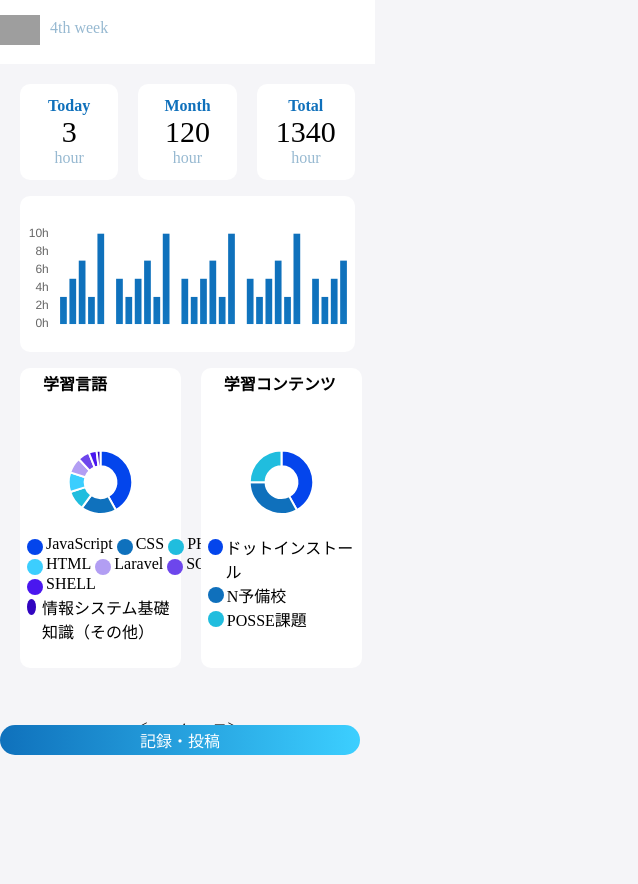
Repository: posse-ap/gen2.0-kamibayasitaito
Page: app/app.html
An editor plug-in stored every save of this project. The page is shown before and after the next save, followed by the edit.
The browser window is 375 px wide. The page is 638 px wide, so the pictures cover 638 px, including what lies to the right of the window. The pictures show the whole page.
Pictures or frames that could not be fetched are drawn as grey boxes. Some web libraries are served in a nearby version.

Above is the page before, as saved 2021-11-26 18:54:02.

After the next save:
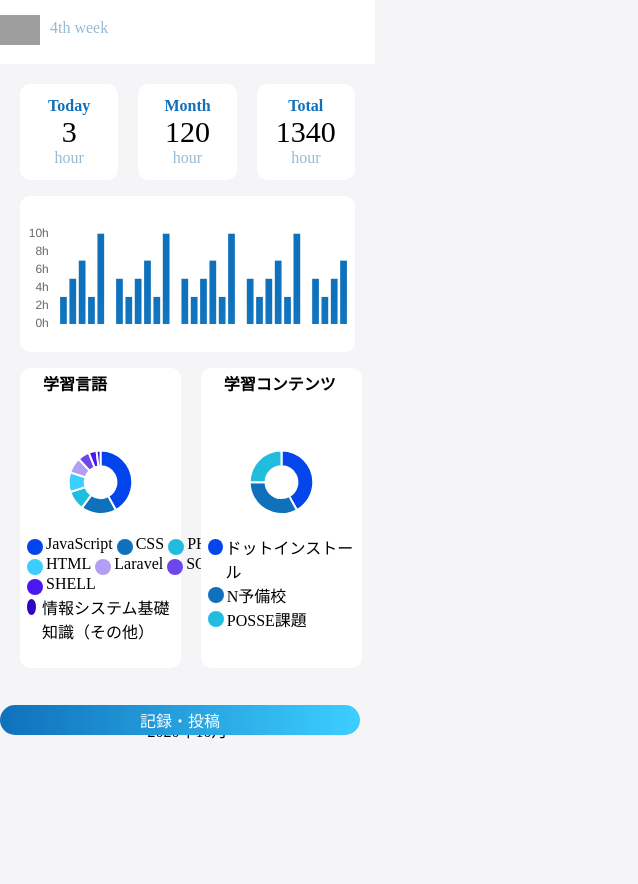
Saved 11 s later.
--- a/app/app_smartphone.css
+++ b/app/app_smartphone.css
@@ -326,7 +326,7 @@
               transform: translateY(50%);
              border-radius: 30px;
               background: linear-gradient(to right,#0f71bc,#3ccfff);
-              bottom: 60px;
+              bottom: 80px;
               cursor: pointer;
         }
 
